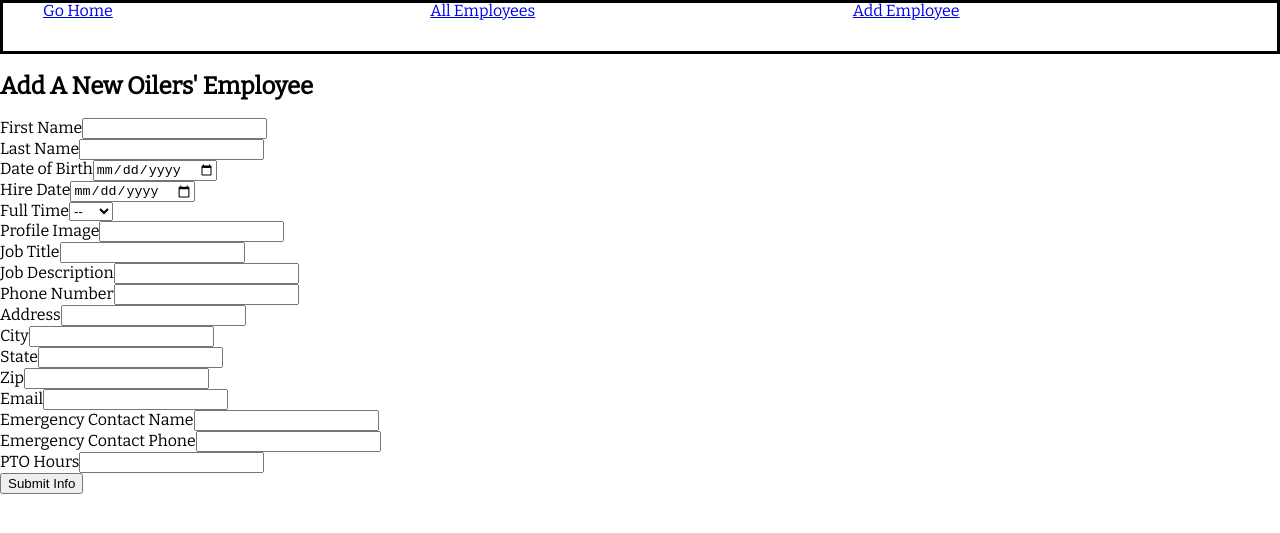
Repository: rh1456/employee-directory
Page: /2
The author's editor kept a copy of each file at every save. The page is drawn from the files as they stood at one save, then again after the next save.
The browser window is 1280 px wide. The pictures show the whole page.
The project was rebuilt for these pictures with package versions that can differ from the ones it lists, and the page was loaded fresh each time. Also part of the build but not shown: src/pages/HomePage.jsx, src/pages/SingleEmployee.jsx, src/pages/AllEmployees.jsx.

Above is the page before, as saved 2019-12-08 18:25:03.

After the next save:
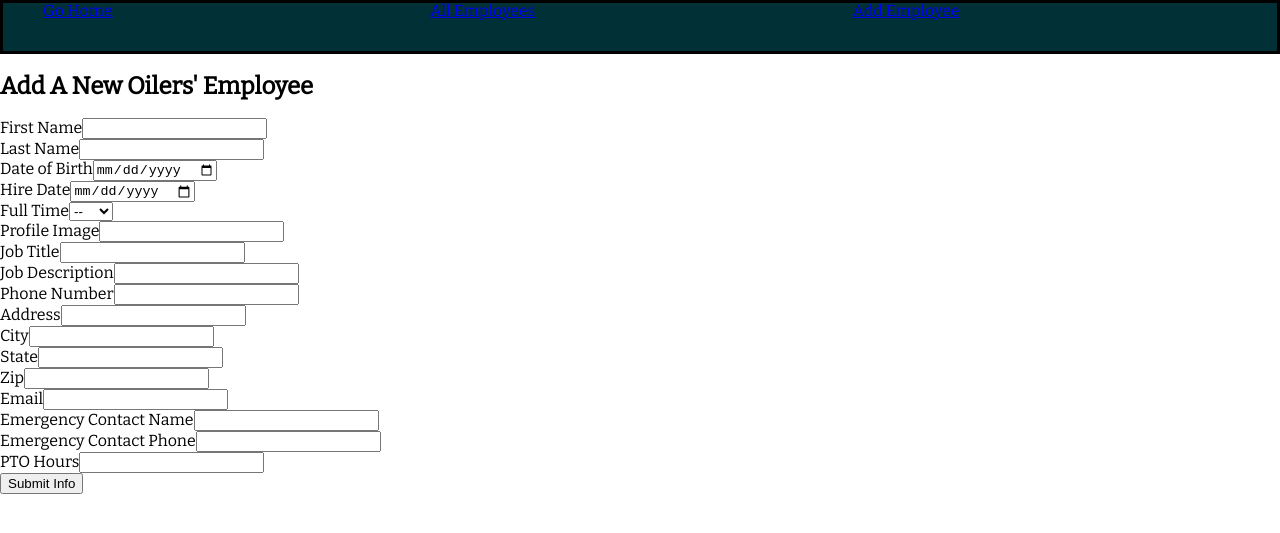
Saved 96 s later.
--- a/src/index.css
+++ b/src/index.css
@@ -18,6 +18,7 @@
   border: solid black;
   margin: 0;
   height: 3rem;
+  background-color: #013137;
 }
 nav li {
   list-style: none;
